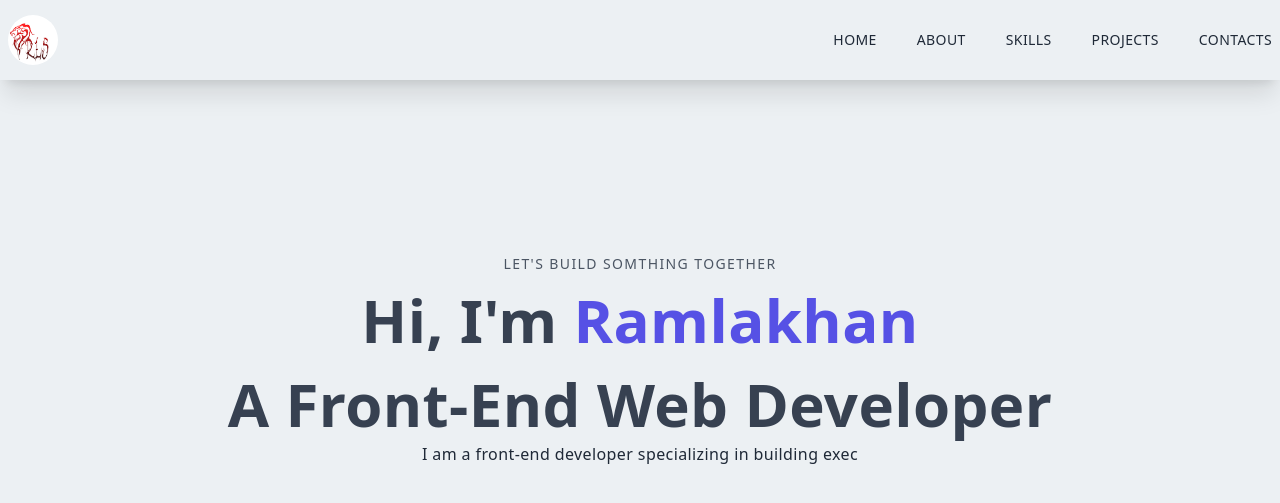
Repository: ram2642/portfolio-using-next-js
Page: /
These files come from the project's save history. The page is drawn as it stood at one moment and after a run of saves; the edit follows.
The browser window is 1280 px wide. The pictures show the whole page.
The project was rebuilt for these pictures with package versions that can differ from the ones it lists, and the page was loaded fresh each time. The framework's server and built-in components were replaced by stand-ins that run in the browser. Also part of the build but not shown: next.config.js.

Above is the page before, as saved 2022-09-04 01:55:01.

After the next 3 saves:
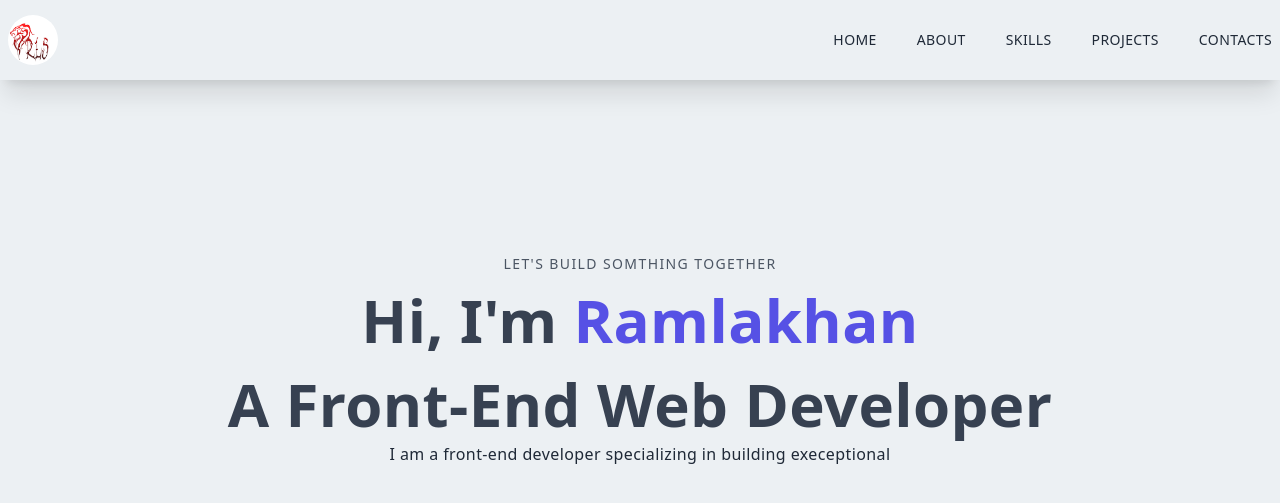
The 3 saves are shown as one change because they came seconds apart.
The last was saved 8 s later.
--- a/components/Main.jsx
+++ b/components/Main.jsx
@@ -13,7 +13,7 @@ const Main = () => {
         A Front-End Web Developer
       </h1>
       <p>
-        I am a front-end developer specializing in building exec
+        I am a front-end developer specializing in building execeptional
       </p>
     </div>
 
